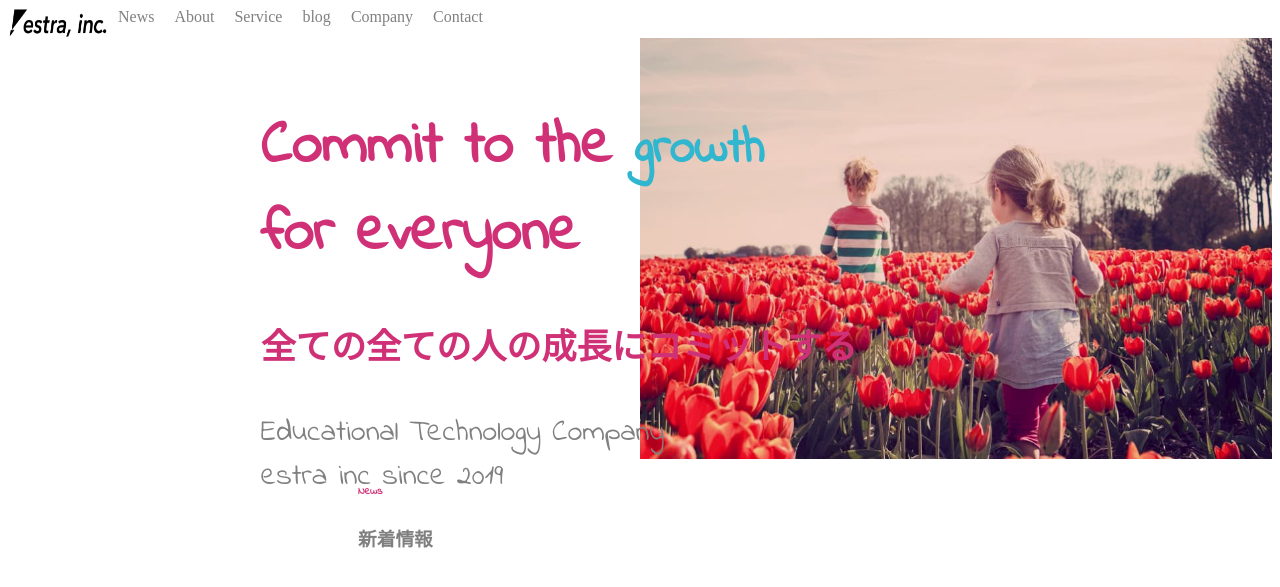
Repository: sigemasaasuka/20210902
Page: index.html
These files come from the project's save history. The page is drawn as it stood at one moment and after the next save; the edit follows.
The browser window is 1280 px wide. The pictures show the whole page.

Above is the page before, as saved 2021-09-08 22:15:04.

### index.html
<!DOCTYPE html>
<html lang="ja">

<head>
  <meta charset="UTF-8">
  <meta name="viewport" content="width=device-width, initial-scale=1.0">
  <title>Document</title>
  <link rel="stylesheet" href="css/style.css">
  <link rel="stylesheet" href="css/reset.css">
  <link rel="preconnect" href="https://fonts.googleapis.com">
  <link rel="preconnect" href="https://fonts.gstatic.com" crossorigin>
  <link href="https://fonts.googleapis.com/css2?family=Indie+Flower&display=swap" rel="stylesheet">
</head>

<body>
  <div class="flex">
    <img src="img/img/estra_logo.png" alt="estra_logo" width="100px" height="30px">
    <div class="parent">
      <div class="child">News</div>
      <div class="child">About</div>
      <div class="child">Service</div>
      <div class="child">blog</div>
      <div class="child">Company</div>
      <div class="child">Contact</div>

    </div>
  </div>
  <div class="relative">
    <img class="relative__img" src="img/img/firstview.jpg" alt="firstview">
    <div class="example">
      <h1>Commit to the <span class="document"> growth</span> <br>for everyone</h1>
      <div class="second">
        <h3>全ての全ての人の<span class="second-txt">成長</span>にコミットする</h3>
        <p class="subtitle">Educational Technology Company<br>estra inc since 2019</p>
      </div>
    </div>
    <div class="smlltitle">
    <h6>News</h6>
    </div>
    <div class="list">
      <h3>新着情報</h3>
    </div>
   </div>
　</div>

</body>

</html>

### css/style.css
.img {
  text-align: left;
}

.parent {
  display: flex;
  text-align: right;
  color: gray;
}

.child {
  margin: 0 10px;
  font-weight: lighter;
}
.flex {
  display: flex;
}

.relative {
  position: relative;
}

.relative__img {
  margin: 0 0 0 auto;
  display: block;
  width: 50%;
}

.example {
  position: absolute;
  top: 5%;
  left: 20%;
  font-size: 30px;
  color: #cf3076;
  font-family: "Indie Flower", cursive;
}

.document {
  top: 5%;
  left: 20%;
  font-size: 50px;
  color: #30b6cf;
  font-family: "Indie Flower", cursive;
}

.seco {
  position: absolute;
  top: 100%;
  left: 0%;
  font-size: 18px;
  color: #cf3076;
}

.document-txt {
  top: 100%;
  left: 0%;
  font-size: 18px;
  color: #30b6cf;
}

.subtitle {
  color: gray;
  font-weight: lighter;
}

.smlltitle {
  color: #cf3076;
  font-family: "Indie Flower", cursive;
  margin-left: 350px;
}

.list {
  color: gray;
  margin-left: 350px;
}

Loaded but not shown: css/reset.css (no stored copy; drawn as an empty file)

After the next save:
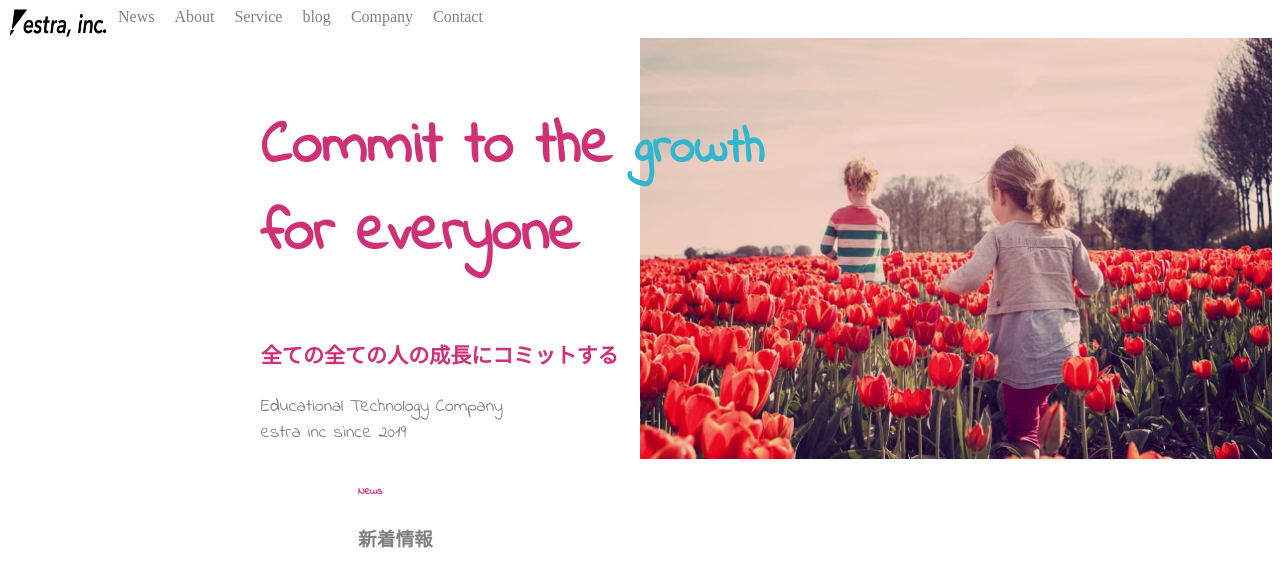
Saved 4 s later.
--- a/css/style.css
+++ b/css/style.css
@@ -43,7 +43,7 @@
   font-family: "Indie Flower", cursive;
 }
 
-.seco {
+.second {
   position: absolute;
   top: 100%;
   left: 0%;
